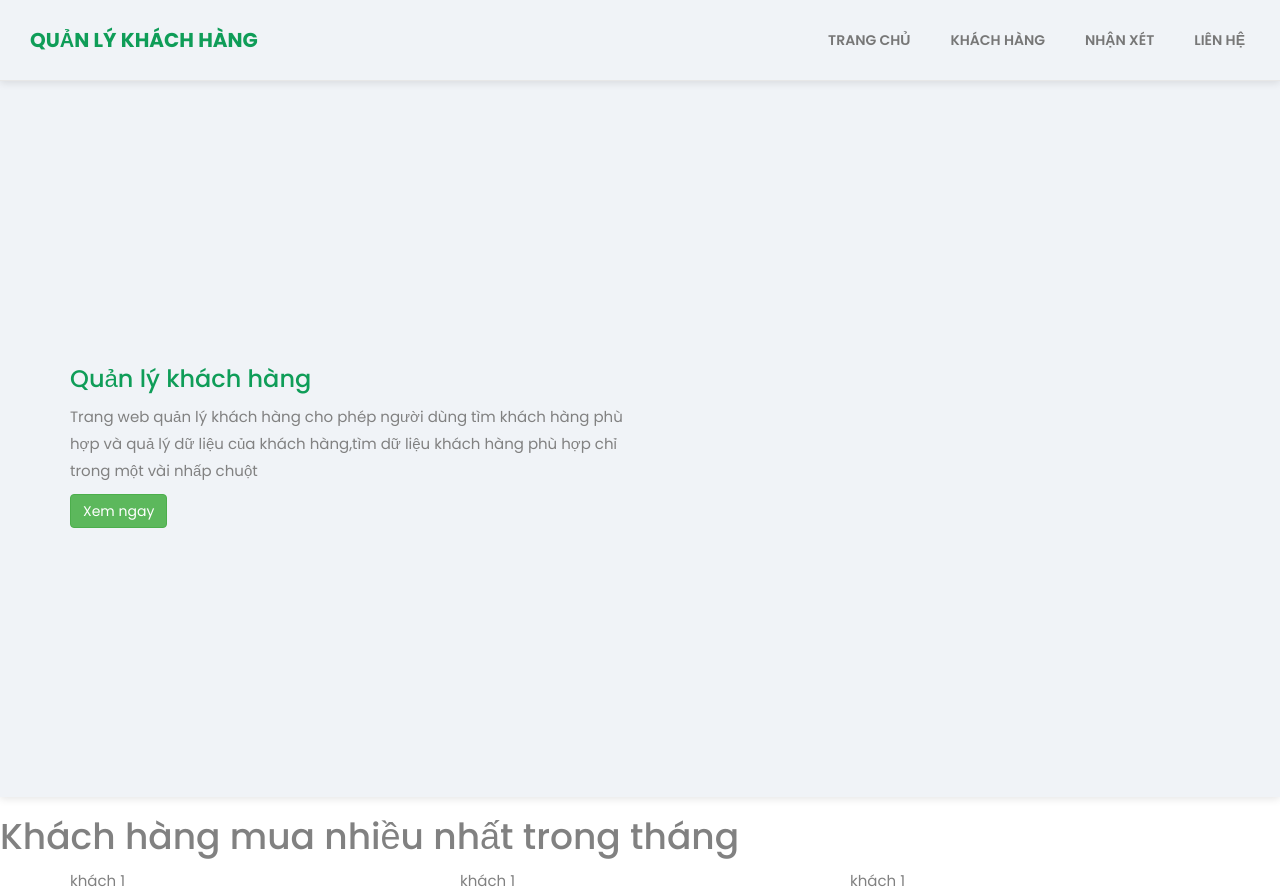
Repository: huutien1904/bt2-ltw
Page: index.html
An editor plug-in stored every save of this project. The page is shown before and after the next save, followed by the edit.
The browser window is 1280 px wide. The pictures show the whole page.

Above is the page before, as saved 2021-11-04 00:31:48.

### index.html
<!DOCTYPE html>
<html lang="en">
<head>
    <meta charset="UTF-8">
    <meta http-equiv="X-UA-Compatible" content="IE=edge">
    <meta name="viewport" content="width=device-width, initial-scale=1.0">
    <title>Quản Lý Khách Hàng</title>
    <link rel="stylesheet" href="https://maxcdn.bootstrapcdn.com/bootstrap/3.4.1/css/bootstrap.min.css">
    <link href="https://fonts.googleapis.com/css?family=Montserrat" rel="stylesheet" type="text/css">
    <link href="https://fonts.googleapis.com/css?family=Lato" rel="stylesheet" type="text/css">
    <!-- style -->
    <link rel="stylesheet" href="./style.css">
    <!-- font Poppins -->
    <link rel="preconnect" href="https://fonts.googleapis.com">
    <link rel="preconnect" href="https://fonts.gstatic.com" crossorigin>
    <link href="https://fonts.googleapis.com/css2?family=Poppins:wght@100;200;300;400;500;600;700;800;900&display=swap" rel="stylesheet">
    <!-- javacript boostrap -->
    <script src="https://ajax.googleapis.com/ajax/libs/jquery/3.5.1/jquery.min.js"></script>
    <script src="https://maxcdn.bootstrapcdn.com/bootstrap/3.4.1/js/bootstrap.min.js"></script>
</head>
<body>
  <!-- navbar -->
    <nav class="navbar navbar-default navbar-fixed-top">
        <div class="container-fluid ">
          <div class="navbar-header">
            <button type="button" class="navbar-toggle" data-toggle="collapse" data-target="#myNavbar">
              <span class="icon-bar"></span>
              <span class="icon-bar"></span>
              <span class="icon-bar"></span>
            </button>
            <a class="navbar-brand" href="#myPage">QUẢN LÝ KHÁCH HÀNG</a>
          </div>
          <div class="collapse navbar-collapse" id="myNavbar">
            <ul class="nav navbar-nav navbar-right">
              <li class="active_nav"><a href="#home">TRANG CHỦ</a></li>
              <li ><a href="#customer">KHÁCH HÀNG</a></li>
              <li><a href="#comment">NHẬN XÉT</a></li>
              <li><a href="#contact">LIÊN HỆ</a></li>
            </ul>
          </div>
        </div>
    </nav>
  <!-- end navbar -->
  <!-- trang chủ -->
  <section
    id="home"
    >
    <div class="container">
      <div class="row">
        <div class="col-md-6 col-xs-12 ">
          <div class="">
            <h3 class="slogan">Quản lý khách hàng</h3>
            <p class="">
              Trang web quản lý khách hàng cho phép người dùng tìm khách hàng phù hợp và quả lý dữ liệu của khách hàng,tìm dữ liệu khách hàng phù hợp chỉ trong một vài nhấp chuột
            </p>
            <div class="left-to-right play-on-scroll delay-4">
              <button type="button" class="btn btn-success">Xem ngay</button>
            </div>
          </div>
        </div>
      </div>
    </div>
  </section>
  <!-- end trang chủ -->

  <!-- khách hàng -->
  <section id="customer">
    <h1 class="title_customer">Khách hàng mua nhiều nhất trong tháng</h1>
    <div class="container">
      <div class="row">
        <div class="col-md-4 col-sm-12">
          khách 1
        </div>
        <div class="col-md-4 col-sm-12">
          khách 1

        </div>
        <div class="col-md-4 col-sm-12">
          khách 1

        </div>
      </div>
    </div>
  </section>
  <!-- end khách hàng -->
  <!--  Nhận xét-->
  <section id="comment">

  </section>
  <!-- liên hệ -->
  <section id="contact">

  </section>
</body>
</html>

### style.css
*{
  font-family: 'Poppins', sans-serif;
}

:root {
  --primary-color: #0f9d58;
  --backgound-color: #f0f3f7;
  --secon-color: #9da2ad;
  --grey: #7a7a7a;
  --white: #ffffff;
}
body {
  font: 400 15px Lato, sans-serif;
  line-height: 1.8;
  color: #818181;
}
.navbar-default{
  padding: 15px;
  background-color: var(--backgound-color);
  box-shadow: 0 2px 8px rgb(0 0 0 / 10%);
}
.navbar-brand{
  font-weight: 700;
  font-size: 20px;
  color: var(--primary-color) !important;

}
.navbar-right li{
  font-size: 14px;
  font-weight: 600;
  margin: 0 5px;
  /* padding:5px; */
}
.navbar-right li:hover{
  background-color: var(--primary-color);
  border-radius: 15px;
  color: white !important;
}
#home{
  margin-top: 77px;
  height: 100vh;
  display: flex;
  justify-content: center;
  align-items: center;
  background-color: var(--backgound-color);
  box-shadow: 0 2px 8px rgb(0 0 0 / 10%);
}
.slogan{
  color: var(--primary-color);
}
/* .active_nav{
  background-color: var(--primary-color);
  border-radius: 15px;
} */

After the next save:
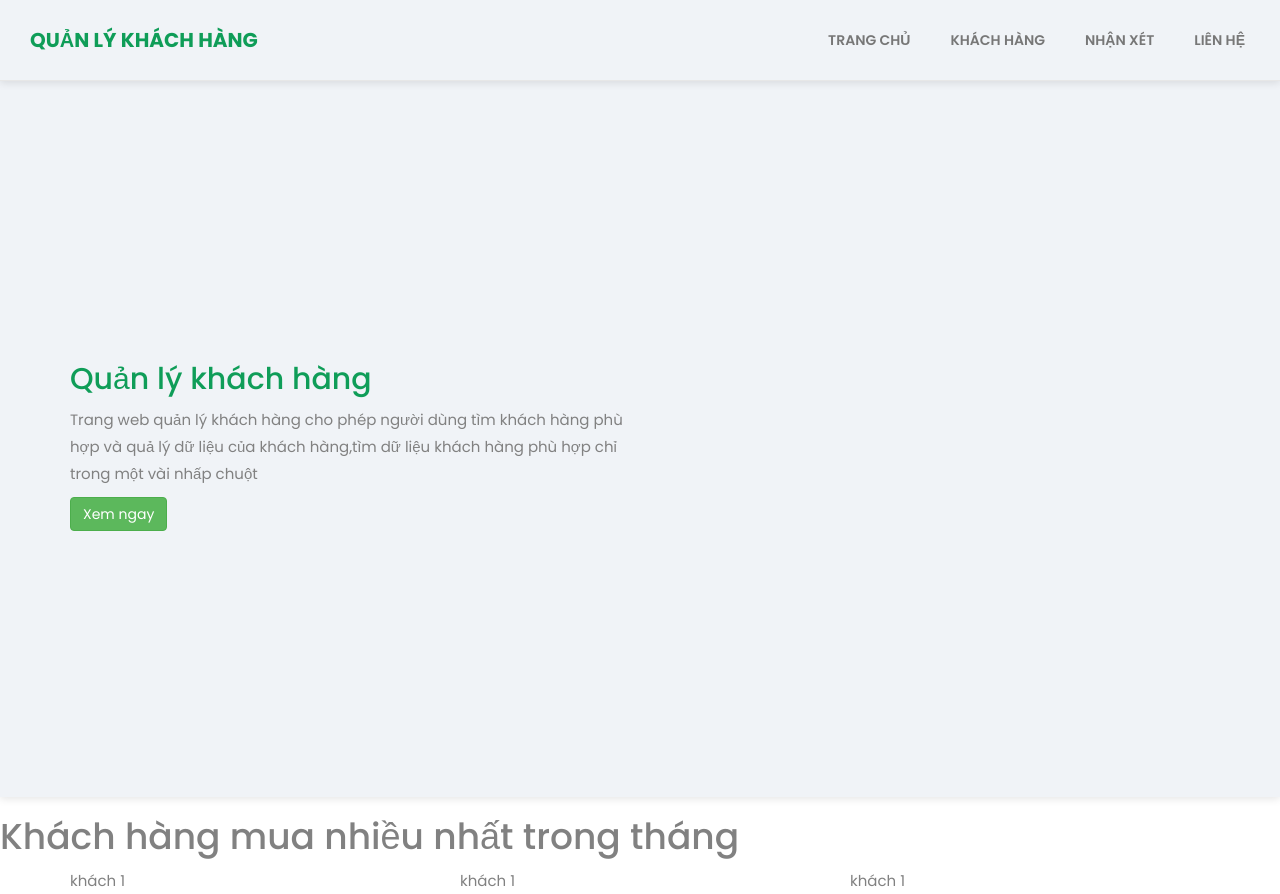
Saved 4 s later.
--- a/index.html
+++ b/index.html
@@ -49,7 +49,7 @@
       <div class="row">
         <div class="col-md-6 col-xs-12 ">
           <div class="">
-            <h3 class="slogan">Quản lý khách hàng</h3>
+            <h2 class="slogan">Quản lý khách hàng</h2>
             <p class="">
               Trang web quản lý khách hàng cho phép người dùng tìm khách hàng phù hợp và quả lý dữ liệu của khách hàng,tìm dữ liệu khách hàng phù hợp chỉ trong một vài nhấp chuột
             </p>
